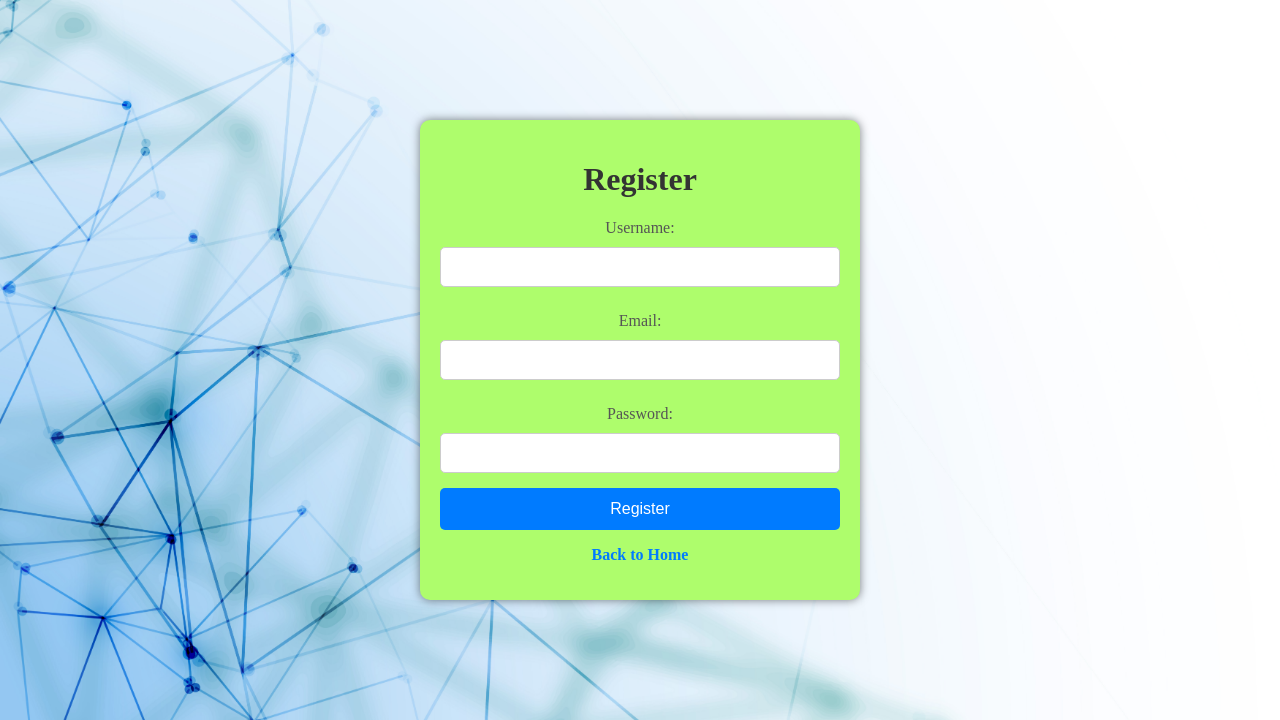
Repository: RajAditya01/Advance-java
Page: http://localhost/Login-Register/register.jsp
These files come from the project's save history. The page is drawn as it stood at one moment and after the next save; the edit follows.
The browser window is 1280 px wide. The pictures show the whole page.
The page is served by Tomcat 10. Other server files are loaded and not shown.

Above is the page before, as saved 2024-02-21 12:16:43.

### Login-Register/src/main/webapp/register.jsp
<body>
    <div class="container">
        <h1>Register</h1>
        <form action="RegisterServlet" method="post">
            <label for="username">Username:</label>
            <input type="text" id="username" name="username" required><br>
            <label for="email">Email:</label>
            <input type="text" id="username" name="email" required><br>
            <label for="password">Password:</label>
            <input type="password" id="password" name="password" required><br>
            <button type="submit">Register</button>
        </form>
    	<link rel="stylesheet" type="text/css" href="style.css">
        <p><a href="index.html">Back to Home</a></p>

        <%-- Display error message if registration fails --%>
        <% String error = request.getParameter("error");
           if (error != null && error.equals("1")) { %>
            <p style="color: red;">Registration failed. Please try again.</p>
        <% } %>
      </div>

</body>

### Login-Register/src/main/webapp/style.css
@charset "UTF-8";
/* styles.css */

body {
    display: flex;
    flex-direction: column;
    align-items: center;
    justify-content: center;
    height: 100vh;
    margin: 0;
     background-color: rgb(192, 192, 192);
     background-image: url('background.jpg');
     background-size: cover; /* or 'contain' based on your preference */
     background-position: center center;
     background-repeat: no-repeat;

}

.container {
	width: 80%;
    max-width: 400px;
    padding: 20px;
    border-radius: 10px;
    box-shadow: 0 0 10px rgba(0, 0, 1, 0.5);
    background-color: #AEFD6C;
    text-align: center; /* Center the content */
}

h1 {
    font-weight: bold;
    text-align: center;
    color: #333;
}

label {
    display: block;
    margin: 10px 0;
    color: #555;
}

input {
    width: 100%;
    padding: 10px;
    margin-bottom: 15px;
    box-sizing: border-box;
    border: 1px solid #ccc;
    border-radius: 5px;
    font-size: 16px;
}

button {
    width: 100%;
    padding: 12px;
    cursor: pointer;
    background-color: #007BFF;
    color: #fff;
    border: none;
    border-radius: 5px;
    font-size: 16px;
    transition: background-color 0.3s ease, transform 0.3s ease;
}

button:hover {
    background-color: #0056b3;
    transform: scale(1.05);
}

a {
    text-decoration: none;
    color: #007BFF;
    font-weight: bold;
}

a:hover {
    color: #0056b3;
}

After the next save:
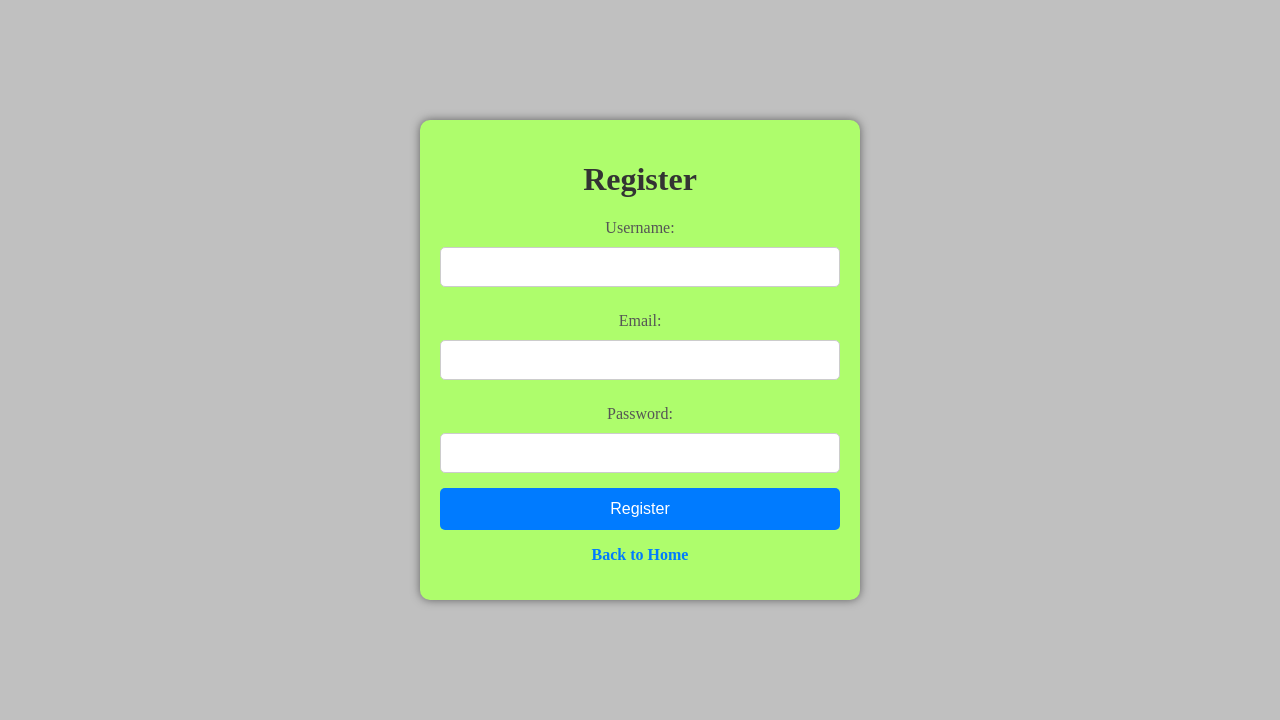
Saved 2 min 2 s later.
--- a/Login-Register/src/main/webapp/style.css
+++ b/Login-Register/src/main/webapp/style.css
@@ -9,7 +9,7 @@ body {
     height: 100vh;
     margin: 0;
      background-color: rgb(192, 192, 192);
-     background-image: url('background.jpg');
+    /* background-image: url('background.jpg'); */
      background-size: cover; /* or 'contain' based on your preference */
      background-position: center center;
      background-repeat: no-repeat;
